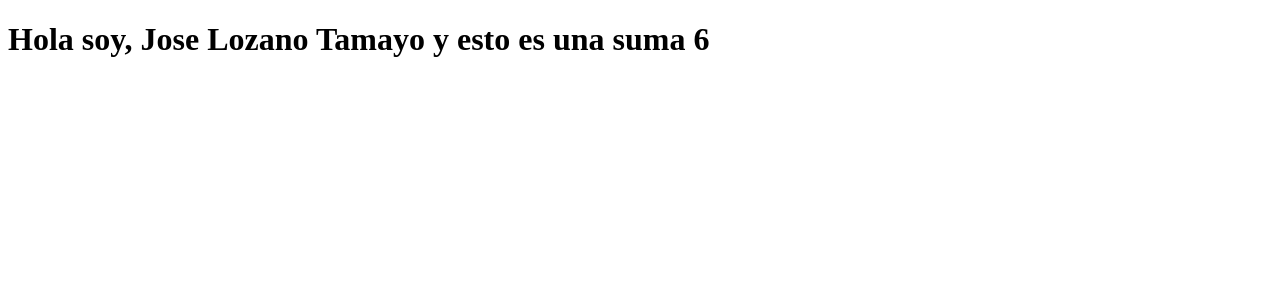
Repository: joseLozanoTamayo/project-react
Page: / (app in 1.ReactDOM.render/)
The author's editor kept a copy of each file at every save. The page is drawn from the files as they stood at one save, then again after the next save.
The browser window is 1280 px wide. The pictures show the whole page.
The project was rebuilt for these pictures with package versions that can differ from the ones it lists, and the page was loaded fresh each time.

Above is the page before, as saved 2019-05-22 21:21:22.

### 1.ReactDOM.render/public/index.html
<!DOCTYPE html>
<html lang="en">

<head>
  <meta charset="utf-8" />
  <meta name="viewport" content="width=device-width, initial-scale=1, shrink-to-fit=no" />
  <title>Platzi Badges</title>
</head>

<body>
  <div id="app"></div>
</body>

</html>

### 1.ReactDOM.render/src/index.js
// const element = document.createElement('h1');
// element.innerText = 'Hello, Platzi Badges!';

// const container = document.getElementById('app');

// container.appendChild(element);

import React from 'react';
import ReactDOM from 'react-dom';


const name = 'Jose Lozano Tamayo';
const suma = () => 3 + 3;

const jsx = <h1>Hola soy, {name} y esto es una suma {suma()}</h1>;



// const element = <h1>Hello, Platzi Badges from react!</h1>;
const element = React.createElement('h1', {}, 'Hola! soy los children.');
const element_a = React.createElement('a', {href: 'https://platzi.com'}, 'ir a platzi.');
const container = document.getElementById('app');

// ReactDOM.render(__qué__queremos__renderizar, __dónde__queremos_renderizar);
ReactDOM// .render(element, container)
    // .render('<br>', container)
    .render(jsx, container);


    // expresion es algo que en js se va a llamar y a interpretar.

After the next save:
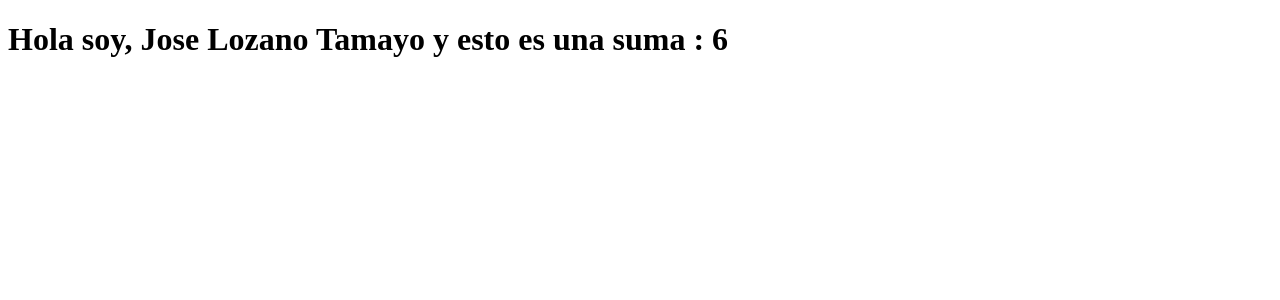
Saved 7 s later.
--- a/1.ReactDOM.render/src/index.js
+++ b/1.ReactDOM.render/src/index.js
@@ -12,7 +12,7 @@
 const name = 'Jose Lozano Tamayo';
 const suma = () => 3 + 3;
 
-const jsx = <h1>Hola soy, {name} y esto es una suma {suma()}</h1>;
+const jsx = <h1>Hola soy, {name} y esto es una suma : {suma()}</h1>;
 
 
 
